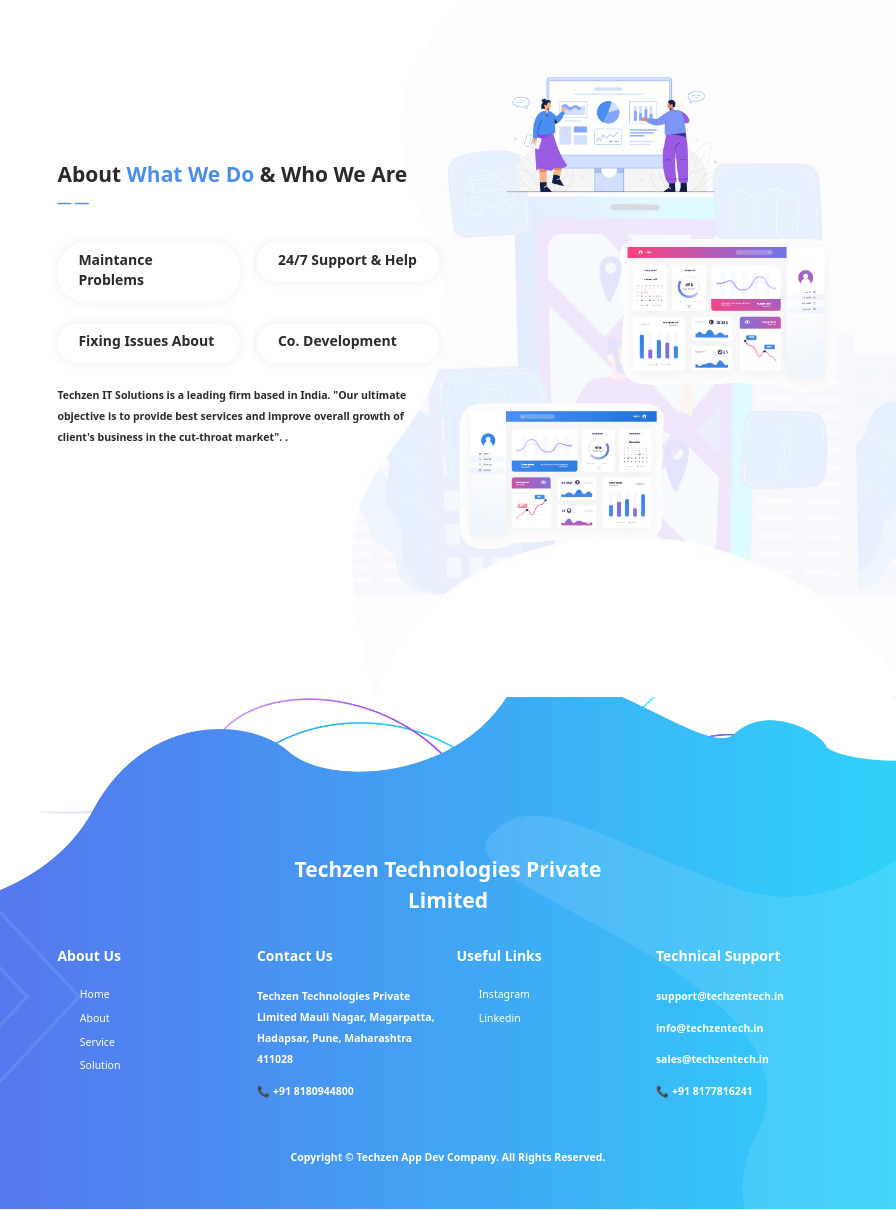
Repository: vijayholve/techzen
Page: about.html
These files come from the project's save history. The page is drawn as it stood at one moment and after a run of saves; the edit follows.
The browser window is 1280 px wide. The pictures show the part of the page from y = 804 to 2724 px (the page is 2532 px tall before and 3524 px after), at 70% of full size.
Some web libraries are served in a nearby version.

Above is the page before, as saved 2024-11-13 16:40:19.

After the next 3 saves:
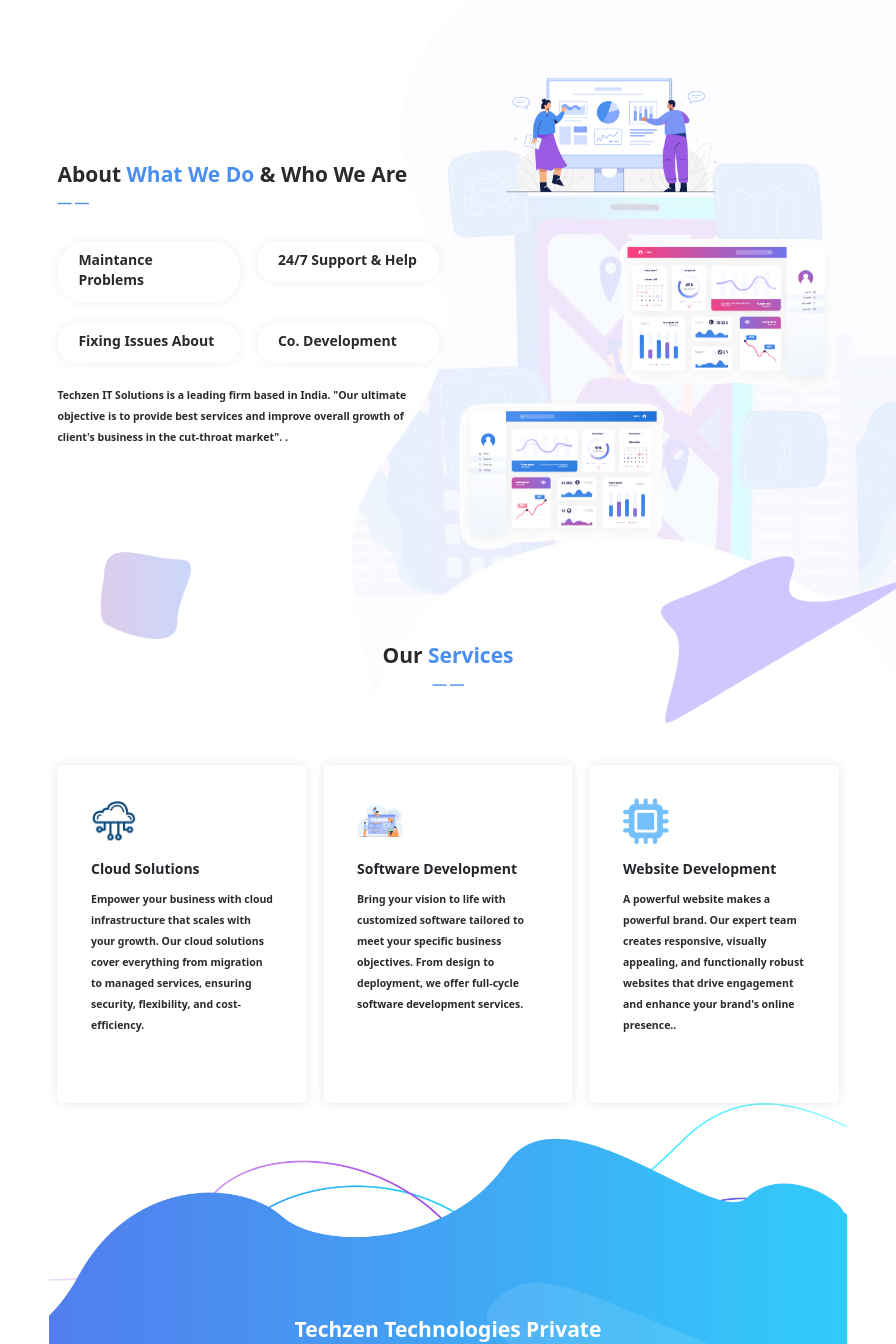
The 3 saves are shown as one change because they came seconds apart.
The last was saved 5 min 43 s later.
--- a/about.html
+++ b/about.html
@@ -148,6 +148,59 @@ https://templatemo.com/tm-570-chain-app-dev
       </div>
     </div>
   </div>
+
+
+  <div id="services" class="services section">
+    <div class="container">
+      <div class="row">
+        <div class="col-lg-8 offset-lg-2">
+          <div class="section-heading  wow fadeInDown" data-wow-duration="1s" data-wow-delay="0.5s">
+            <h4>Our
+              <em>Services</em></h4>
+            <img src="assets/images/heading-line-dec.png" alt="">
+
+            </p>
+          </div>
+        </div>
+      </div>
+    </div>
+  <div class="container">
+
+    <div class="row g-4">
+        <div class="col-lg-4 col-md-6  wow fadeInUp" data-wow-delay="0.4s">
+            <div class="service-item mt-4 rounded h-100 p-5">
+                <div class="d-inline-flex align-items-center justify-content-center bg-white rounded-circle mb-4" style="width: 65px; height: 65px;">
+                    <img src="all images/th__8_-removebg-preview.png" alt="">
+                </div>
+                <h4 class="mb-3">Cloud Solutions</h4>
+                <p class="mb-4">Empower your business with cloud infrastructure that scales with your growth. Our cloud
+                  solutions cover everything from migration to managed services, ensuring security, flexibility,
+                  and cost-efficiency.</p>
+            </div>
+        </div>
+        <div class="col-lg-4 col-md-6 wow fadeInUp" data-wow-delay="0.4s">
+            <div class="service-item mt-4 rounded h-100 p-5">
+                <div class="d-inline-flex align-items-center justify-content-center bg-white rounded-circle mb-4" style="width: 65px; height: 65px;">
+                    <img src="assets/images/about.jpg" alt="">
+                </div>
+                <h4 class="mb-3">Software Development</h4>
+                <p class="mb-4">Bring your vision to life with customized software tailored to meet your specific business
+                  objectives. From design to deployment, we offer full-cycle software development services.</p>
+            </div>
+        </div>
+        <div class="col-lg-4 col-md-6 wow fadeInUp" data-wow-delay="0.4s">
+            <div class="service-item mt-4 rounded h-100 p-5">
+                <div class="d-inline-flex align-items-center justify-content-center bg-white rounded-circle mb-4" style="width: 65px; height: 65px;">
+                    <img src="assets/images/microchip-solid__1___2_-removebg-preview.png" alt="">
+                </div>
+                <h4 class="mb-3">Website Development</h4>
+                <p class="mb-4">A powerful website makes a powerful brand. Our expert team creates responsive, visually
+                  appealing, and functionally robust websites that drive engagement and enhance your brand's
+                  online presence..</p>
+            </div>
+        </div>
+
+
 
 
 
